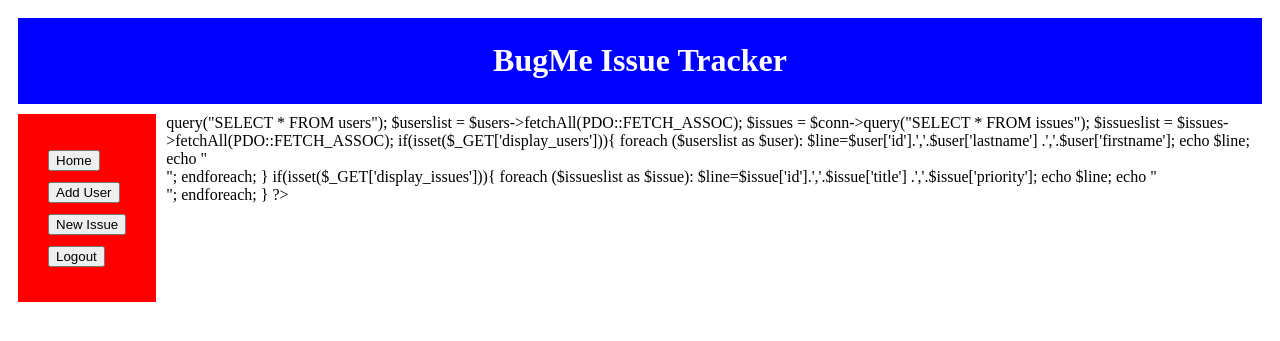
Repository: ranaldo89/info-2180-final-project
Page: index.html
The author's editor kept a record of every edit. The page is drawn from the files as they stood at one moment, then again after the next edit.
The browser window is 1280 px wide. The pictures show the whole page.
After loading, the first visible `#logout` was clicked once.

Above is the page before.

### index.html
<!DOCTYPE HTML>
<html>
    <head>
        <title>BugMe Issue Tracker</title>
         <link rel="stylesheet" type="text/css" href="style.css" />
    </head>
    <body>
    <div id="myModal" class="modal">

  <!-- Modal content -->
  <div class="modal-content">
  Username:<br>
  <input id="usernameField" type="text" name="username" >
  <br>
  Password:<br>
  <input id= "passwordField" type="text" name="password" >
  <br><br>
  <input id="loginButton" type="submit" value="Submit">
  </div>

</div>
       <div class="grid-container">
           <div class="header">
               <h1>BugMe Issue Tracker</h1>
           </div> <!-- Header -->
           <div class="menu">
                <button id="home" type="button">Home</button>
                <br>
                <button id="addUser"  type="button">Add User</button>
                <br>
                <button id="addIssue"  type="button">New Issue</button>
                <br>
                <button id="logout"  type="button">Logout</button>
           </div> <!-- Menu -->
           <div id="body" class="body"></div> <!-- Body. -->
       </div>
    </body>
      <script src="app.js"></script>
</html>

### style.css
.header {
	grid-area: header;
	display: flex;
	flex-direction: column;
	line-height: 0.1;
	color: white;
	text-align: center;
	background-color: blue;
	padding: 20px;
}

.menu {
	grid-area: menu;
	background-color: red;
	line-height: 2;
	padding: 30px;
}

.body {
	grid-area: main;

}

.grid-container {
	display: grid;
	grid-template-areas: 'header header header header ' 'menu main main main ';
	grid-gap: 10px;
	padding: 10px;
}

.modal {
  display: none; /* Hidden by default */
  position: fixed; /* Stay in place */
  z-index: 1; /* Sit on top */
  padding-top: 100px; /* Location of the box */
  left: 0;
  top: 0;
  width: 100%; /* Full width */
  height: 100%; /* Full height */
  overflow: auto; /* Enable scroll if needed */
  background-color: rgb(0,0,0); /* Fallback color */
  background-color: rgba(0,0,0,0.4); /* Black w/ opacity */
}

.modal-content {
  background-color: #fefefe;
  margin: auto;
  padding: 20px;
  border: 1px solid #888;
  width: 80%;
}

/* The Close Button */
.close {
  color: #aaaaaa;
  float: right;
  font-size: 28px;
  font-weight: bold;
}

.close:hover,
.close:focus {
  color: #000;
  text-decoration: none;
  cursor: pointer;
}

### app.js
window.onload = function() {
    var bodyDiv = document.getElementById("body");
    var homeBtn = document.getElementById("home");
    var addUser = document.getElementById("addUser");
    var addIssue = document.getElementById("addIssue");
    var logout = document.getElementById("logout");
    var loginButton = document.getElementById("loginButton");
    var passwordField = document.getElementById("passwordField");
    var usernameField = document.getElementById("usernameField");
    var modal = document.getElementById("myModal");
    var httpRequest = new XMLHttpRequest();
    var url = "/index.php";
    //modal.style.display = "block";




    loginButton.addEventListener("click", function() {
        httpRequest.onreadystatechange = function() {
            if (httpRequest.readyState === 4 && httpRequest.status === 200) {
                var response = httpRequest.responseText;
                if (response == "true") {
                    modal.style.display = "none";
                }
            }
        };

        httpRequest.open('GET', url + "?email=" + usernameField.value + "&password=" + passwordField.value, true);
        httpRequest.send();

    });

    addUser.addEventListener("click", function() {
        httpRequest.onreadystatechange = function() {
            if (httpRequest.readyState === 4 && httpRequest.status === 200) {
                var response = httpRequest.responseText;
                bodyDiv.innerHTML = response;
            }
        };
        httpRequest.open('GET', url + "?new_user=true", true);
        console.log(httpRequest);

        httpRequest.send();
    });

    homeBtn.addEventListener("click", function() {
        httpRequest.onreadystatechange = function() {
            if (httpRequest.readyState === 4 && httpRequest.status === 200) {
                var response = httpRequest.responseText;
                bodyDiv.innerHTML = response;
            }
        };
        httpRequest.open('GET', url + "?home=true", true);
        console.log(httpRequest);

        httpRequest.send();
    });

    addIssue.addEventListener("click", function() {
        httpRequest.onreadystatechange = function() {
            if (httpRequest.readyState === 4 && httpRequest.status === 200) {
                var response = httpRequest.responseText;
                bodyDiv.innerHTML = response;
            }
        };
        httpRequest.open('GET', url + "?new_issue=true", true);
        console.log(httpRequest);

        httpRequest.send();
    });

    logout.addEventListener("click", function() {
        httpRequest.onreadystatechange = function() {
            if (httpRequest.readyState === 4 && httpRequest.status === 200) {
                var response = httpRequest.responseText;
                bodyDiv.innerHTML = response;
            }
        };
        httpRequest.open('GET', url + "?logout=true", true);
        console.log(httpRequest);

        httpRequest.send();
    });

}

After the next edit:
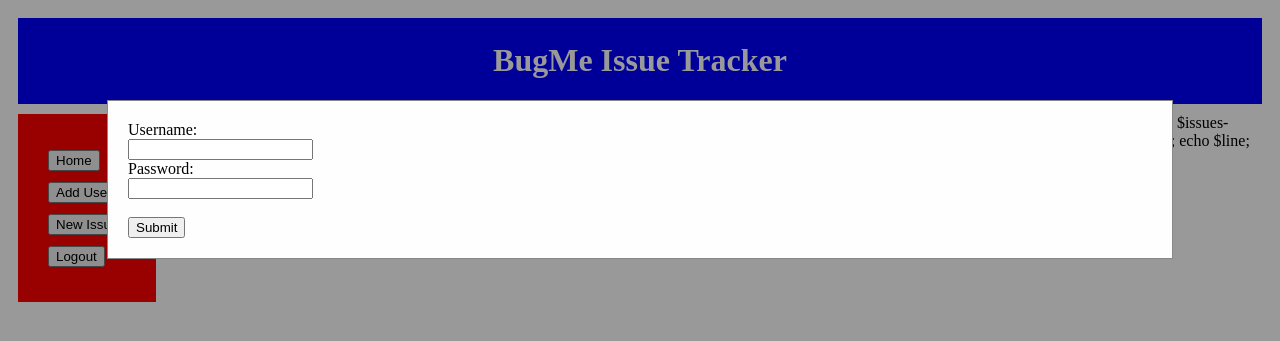
The edit:
--- a/app.js
+++ b/app.js
@@ -78,8 +78,8 @@
         };
         httpRequest.open('GET', url + "?logout=true", true);
         console.log(httpRequest);
-
         httpRequest.send();
+        modal.style.display = "block";
     });
 
 }
